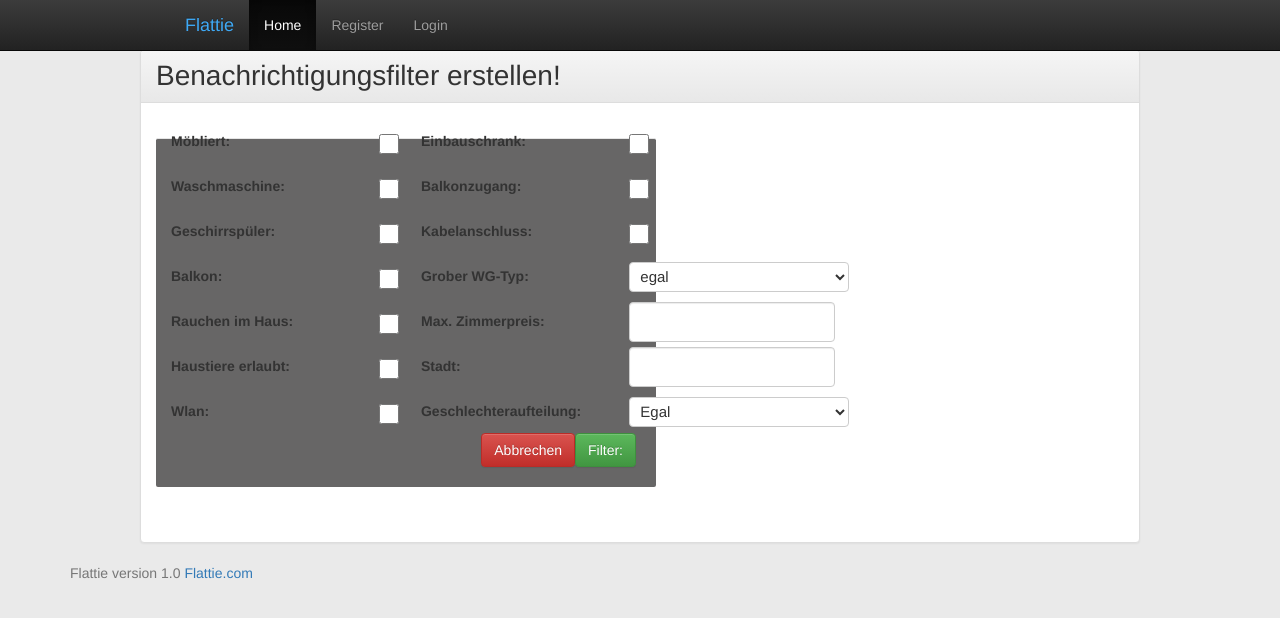
Repository: ese-unibe-ch/ese2014-team2
Page: http://localhost/Skeleton/pages/createCustomFilter.jsp
The author's editor kept a copy of each file at every save. The page is drawn from the files as they stood at one save, then again after the next save.
The browser window is 1280 px wide. The pictures show the whole page.
Some web libraries are served in a nearby version. The page is served by Tomcat 9. Nobody is signed in. The application's start-up code is not run. Other server files are loaded and not shown. The template is opened directly, without the code that normally fills it, so the values that code supplies are empty.

Above is the page before, as saved 2014-11-26 12:46:23.
Console error (its wording comes from the project's code and is left out).

### Skeleton/src/main/webapp/pages/createCustomFilter.jsp
<%@ page language="java" pageEncoding="UTF-8" contentType="text/html;charset=utf-8" %>
<%@ taglib prefix="c" uri="http://java.sun.com/jsp/jstl/core" %>
<%@ taglib prefix="form" uri="http://www.springframework.org/tags/form" %>
<%@ taglib prefix="spring" uri="http://www.springframework.org/tags" %>


<c:import url="template/header.jsp" />

<style>
		.main {
				line-height:300% !important;
				font-size:15px;
				}
	</style>

<div class="main">
	<div class="col-sm-16">
    	<div class="panel panel-default">
        	<div class="panel-heading">
            	<h3 class="panel-title">Benachrichtigungsfilter erstellen!</h3>
            </div>
            <div class="panel-body">


              <form:form method="post" modelAttribute="filterForm" action="saveCustomFilter"
		id="filterForm" cssClass="form-horizontal" autocomplete="off"
		enctype="multipart/form-data">
		<fieldset>


		<div class="col-md-5">
			<label>Möbliert:</label><br>
			<label>Waschmaschine:</label><br>
			<label>Geschirrspüler:</label><br>
			<label>Balkon:</label><br>
			<label>Rauchen im Haus:</label><br>
			<label>Haustiere erlaubt:</label><br>
			<label>Wlan:</label><br>
		</div>

		<div class="col-md-1">
			<form:checkbox path="furnished" id="field-furnished" cssClass="checkboxbig"/>
			<form:checkbox	path="hasLaundry" id="field-Laundry" cssClass="checkboxbig"/>
			<form:checkbox	path="hasDishwasher" id="field-Dishwasher" cssClass="checkboxbig"/>
			<form:checkbox path="hasBalcony" id="field-hasBalcony" cssClass="checkboxbig"/>
			<form:checkbox	path="smokingInside" id="field-smokingInside" cssClass="checkboxbig"/>
			<form:checkbox	path="hasPets" id="field-pets" cssClass="checkboxbig" />
			<form:checkbox	path="wlan" id="field-wlan" cssClass="checkboxbig" />
		</div>

		<div class="col-md-5">
			<label>Einbauschrank:</label><br>
			<label>Balkonzugang:</label><br>
			<label>Kabelanschluss:</label><br>
			<label>Grober WG-Typ:</label><br>
			<label>Max. Zimmerpreis:</label><br>
			<label>Stadt:</label><br>
			<label>Geschlechteraufteilung:</label><br>
		</div>

		<div class="col-md-1">
			<form:checkbox path="hasBuiltInCloset" id="field-hasBuiltInCloset" cssClass="checkboxbig" />
			<form:checkbox	path="toBalcony" id="field-isToBalcony" cssClass="checkboxbig"/>
			<form:checkbox	path="hasCables" id="field-hasCables" cssClass="checkboxbig"/>
			<form:select path="wgType" id="field-wgType">
				<option value="undef">egal</option>
				<option value="wild">eher wild</option>
				<option value="calm">eher ruhig</option>
			</form:select>
			<form:input path="roomPrice" id="field-roomPrice" maxlength="6" />
			<form:input path="city" id="field-city" maxlength="15" />
			<form:select path="wgGender" id="field-wgGender">
				<option value="dontcare"> Egal</option>
				<option value="female">Reine Frauenwg</option>
				<option value="male">Reine Männerwg</option>
			</form:select>
		</div>


    	<div class="form-actions">
    		<button type="submit" class="btn btn-success">Filter:</button>
    		<a href="#" onclick="history.go(-2)"><button class="btn btn-danger">Abbrechen</button></a>
    	</div>



		</fieldset>
		</form:form>

            </div>
          </div>


</div>


</div>


<c:import url="template/footer.jsp" />

### Skeleton/src/main/webapp/pages/template/header.jsp
<!DOCTYPE html>
<html lang="en">
<http use-expressions="true">



    	<meta charset="UTF-8">

    	<title>About Princesses and Castles</title>

    	<link rel="stylesheet" type="text/css" href="css/stylesheet.css" media="all"/>
    	<link rel="stylesheet" type="text/css" href="css/bootstrap.min.css" media="screen" />
    	<script type="text/javascript"  src="dn.com/bootstrap/3.2.0/js/bootstrap.min.js"></script>
    	<script type="text/javascript" src="http://code.jquery.com/jquery-2.1.1.min.js"></script>
		<script src="http://ajax.googleapis.com/ajax/libs/jquery/1.4.2/jquery.min.js?ver=1.4.2"></script>
    	<script src="js/login.js"></script>
    	<link rel="stylesheet" href="https://maxcdn.bootstrapcdn.com/bootstrap/3.3.0/css/bootstrap.min.css">
<link rel="stylesheet" href="https://maxcdn.bootstrapcdn.com/bootstrap/3.3.0/css/bootstrap-theme.min.css">

    	<!-- HTML5 shim, for IE6-8 support of HTML5 elements -->
    	<!--[if lt IE 9]>
    	<script src="http://html5shim.googlecode.com/svn/trunk/html5.js"></script>
    	<![endif]-->
<!--   WASTE!
    	<style>
        	body {
         	   padding-top: 60px; /* 60px to make the container go all the way to the bottom of the topbar */
        	}
    	</style>
    -->



</head>
<body>
<%@ page language="java" pageEncoding="UTF-8" contentType="text/html;charset=utf-8" %>
<%@ taglib prefix="c" uri="http://java.sun.com/jsp/jstl/core" %>
<%@ taglib prefix="form" uri="http://www.springframework.org/tags/form" %>
<%@ taglib prefix="spring" uri="http://www.springframework.org/tags" %>
<%@ taglib prefix="security" uri="http://www.springframework.org/security/tags" %>

   	  <link href="http://ajax.googleapis.com/ajax/libs/jqueryui/1.8/themes/ui-lightness/jquery-ui.css" rel="stylesheet" type="text/css"/>
      <script src="http://ajax.googleapis.com/ajax/libs/jquery/1.5/jquery.min.js"></script>
      <script src="http://ajax.googleapis.com/ajax/libs/jqueryui/1.8/jquery-ui.min.js"></script>

      <script>
      $(document).ready(function() {
        $("#datepicker").datepicker();
      });
      </script>

       <script>
      $(document).ready(function() {
        $("#datepicker2").datepicker();
      });
      </script>

<security:authorize access="isAnonymous()">
    <!-- Fixed navbar -->
    <nav class="navbar navbar-inverse navbar-fixed-top" role="navigation">
      <div class="container">
        <div class="navbar-header">
          <button type="button" class="navbar-toggle collapsed" data-toggle="collapse" data-target="#navbar" aria-expanded="false" aria-controls="navbar">
            <span class="sr-only">Toggle navigation</span>
            <span class="icon-bar"></span>
            <span class="icon-bar"></span>
            <span class="icon-bar"></span>
          </button>
          <a class="navbar-brand" href="/Skeleton" color="#3fa9f5">Flattie</a>
        </div>
        <div id="navbar" class="navbar-collapse collapse">
          <ul class="nav navbar-nav">
            <li class="active"><a href="/Skeleton">Home</a></li>
            <li><a href="register">Register</a></li>
            <li><a href="#" id="loginButton"><span>Login</span><em></em></a>
                <div style="clear:both"></div>
                <div id="loginBox">
                    <form id="loginForm" name="loginForm" action="<c:url value='j_spring_security_check' />" method="POST">
                        <fieldset id="body">
                            <fieldset>
                                <label for="email">Email Address</label>
                                <input type="text" name="j_username" id="email" placeholder="Email" />
                            </fieldset>
                            <fieldset>
                                <label for="password">Password</label>
                                <input type="password" name="j_password" id="password" placeholder="Password" />
                            </fieldset>
                            <input type="submit" id="login" value="Sign in" />
                            <label for="checkbox"><input type="checkbox" id="checkbox" />Remember me</label>
                        </fieldset>
                        <span><a href="#">Forgot your password?</a></span>
                    </form>
                </div></li>
          </ul>
        </div><!--/.nav-collapse -->
      </div>
    </nav>
</security:authorize>

<security:authorize access="isAuthenticated()">
	    <!-- Fixed navbar -->
    <nav class="navbar navbar-inverse navbar-fixed-top" role="navigation">
      <div class="container">
        <div class="navbar-header">
          <button type="button" class="navbar-toggle collapsed" data-toggle="collapse" data-target="#navbar" aria-expanded="false" aria-controls="navbar">
            <span class="sr-only">Toggle navigation</span>
            <span class="icon-bar"></span>
            <span class="icon-bar"></span>
            <span class="icon-bar"></span>
          </button>
          <a class="navbar-brand" href="/Skeleton">Flattie</a>
        </div>
        <div id="navbar" class="navbar-collapse collapse">
          <ul class="nav navbar-nav">
            <li><a href="myprofile">Profil</a></li>
            <li><a href="myinbox">Inbox</a></li>
            <li><a href="myads">Ads</a></li>
            <li><a href="bookmarks">Favoriten</a></li>
            <li><a href="logout">Logout</a></li>
          </ul>
        </div><!--/.nav-collapse -->
      </div>
    </nav>
</security:authorize>

<div id="push_header"></div>



<div id="container_background">
	<div class="container">

Loaded but not shown: Skeleton/src/main/webapp/pages/template/footer.jsp (common file); Skeleton/src/main/webapp/css/bootstrap.min.css (library); Skeleton/src/main/webapp/js/bootstrap.min.js (library); Skeleton/src/main/webapp/js/login.js (common file); Skeleton/src/main/webapp/css/stylesheet.css (2278 lines, source omitted)

After the next save:
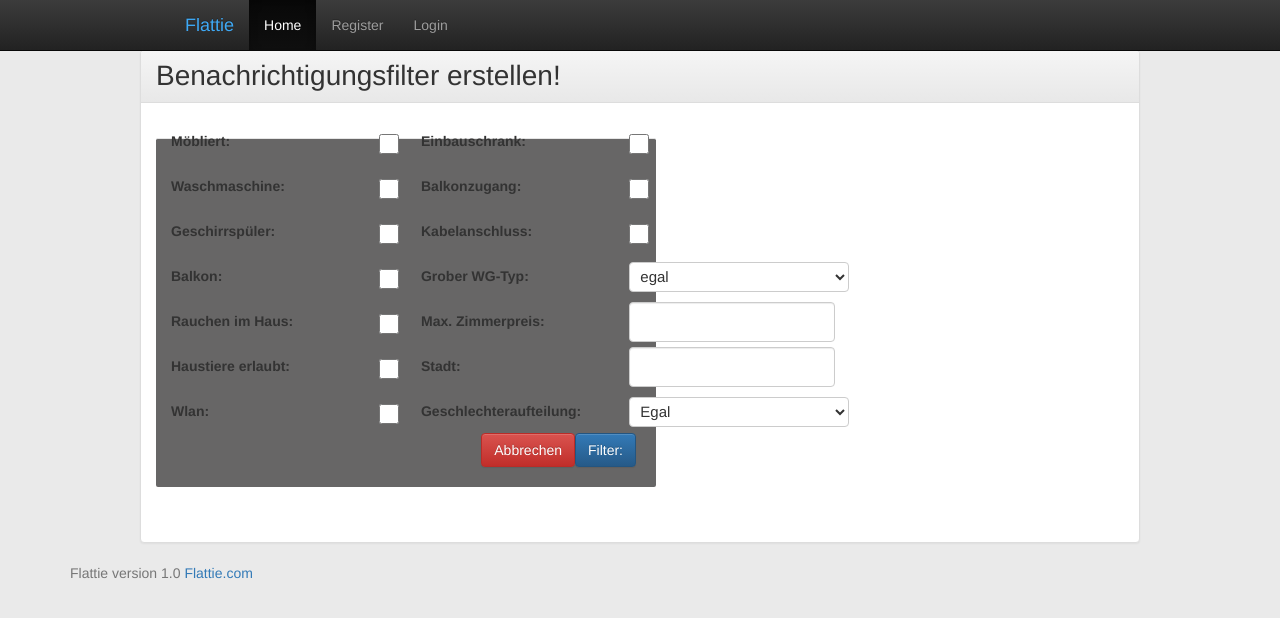
Saved 8 s later.
--- a/Skeleton/src/main/webapp/pages/createCustomFilter.jsp
+++ b/Skeleton/src/main/webapp/pages/createCustomFilter.jsp
@@ -78,7 +78,7 @@
 
 
     	<div class="form-actions">
-    		<button type="submit" class="btn btn-success">Filter:</button>
+    		<button type="submit" class="btn btn-primary">Filter:</button>
     		<a href="#" onclick="history.go(-2)"><button class="btn btn-danger">Abbrechen</button></a>
     	</div>
 
